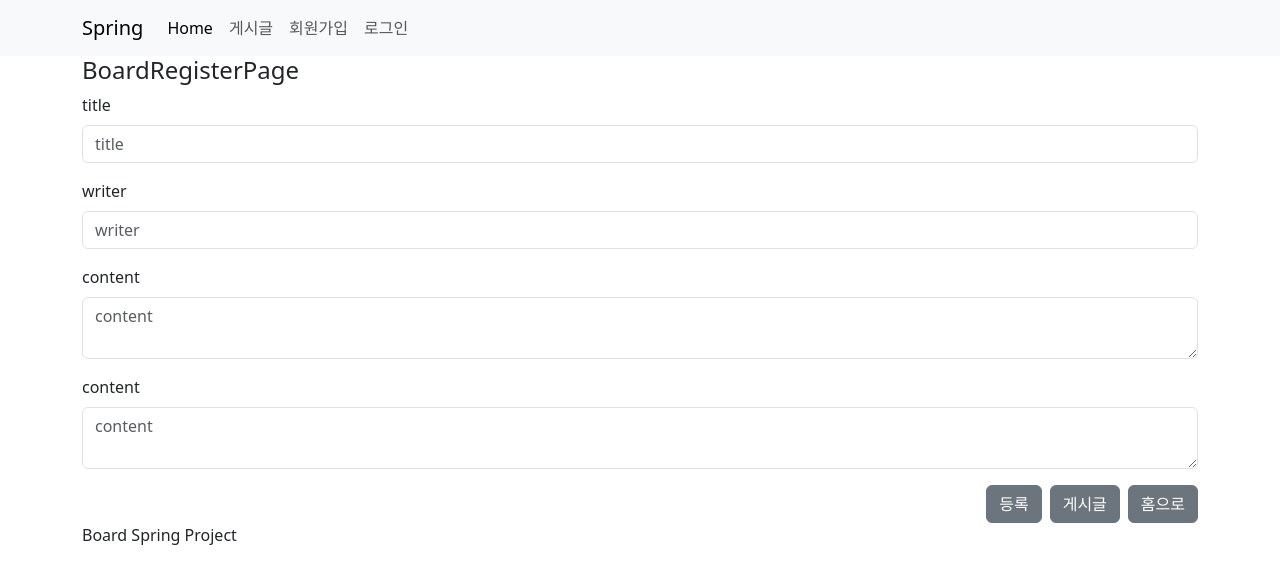
Repository: dasberaht/240430_SPRING_PROJECT
Page: http://localhost/spring_study/WEB-INF/views/board/register.jsp
An editor plug-in stored every save of this project. The page is shown before and after the next save, followed by the edit.
The browser window is 1280 px wide. The pictures show the whole page.
The page is served by Tomcat 9. Nobody is signed in. The template is opened directly, without the code that normally fills it, so the values that code supplies are empty.

Above is the page before, as saved 2024-04-29 01:17:36.

After the next save:
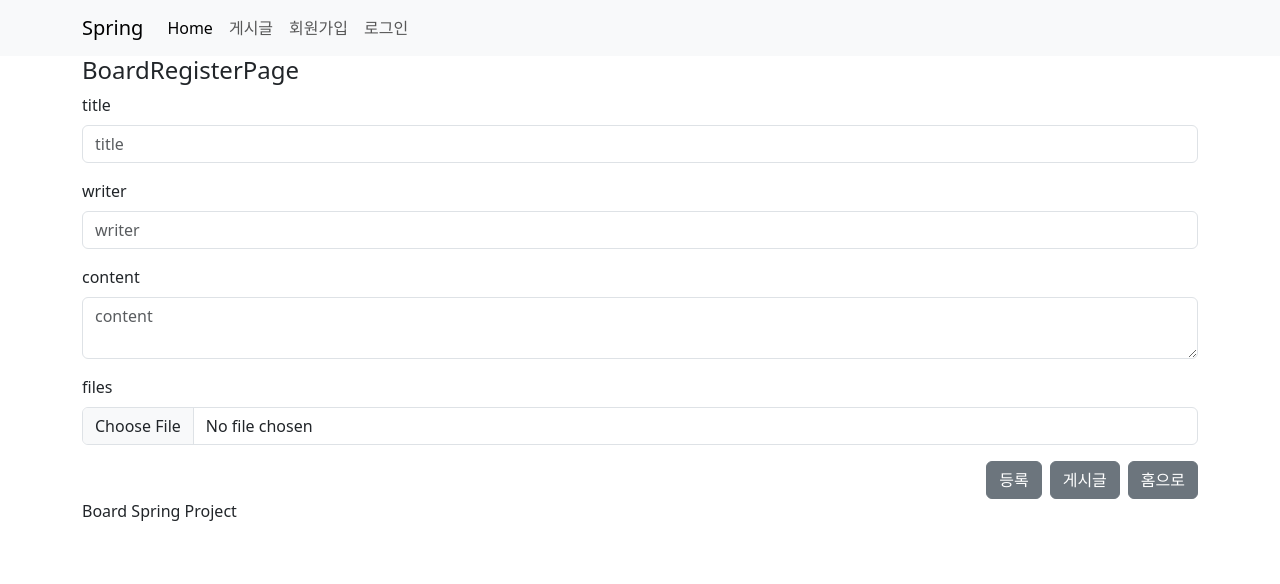
Saved 60 s later.
--- a/spring_study/src/main/webapp/WEB-INF/views/board/register.jsp
+++ b/spring_study/src/main/webapp/WEB-INF/views/board/register.jsp
@@ -27,8 +27,8 @@
 
 			<!-- file 입력 라인 -->
 			<div class="mb-3">
-			  <label for="c" class="form-label">content</label>
-			  <textarea class="form-control"  aria-label="With textarea" id="c" name="content" placeholder="content"></textarea>
+			  <label for="file" class="form-label">files</label>
+			  <input type="file" class="form-control" name="files" id="file" >
 			</div>
 
 			<div class="d-grid gap-2 d-md-flex justify-content-md-end">
